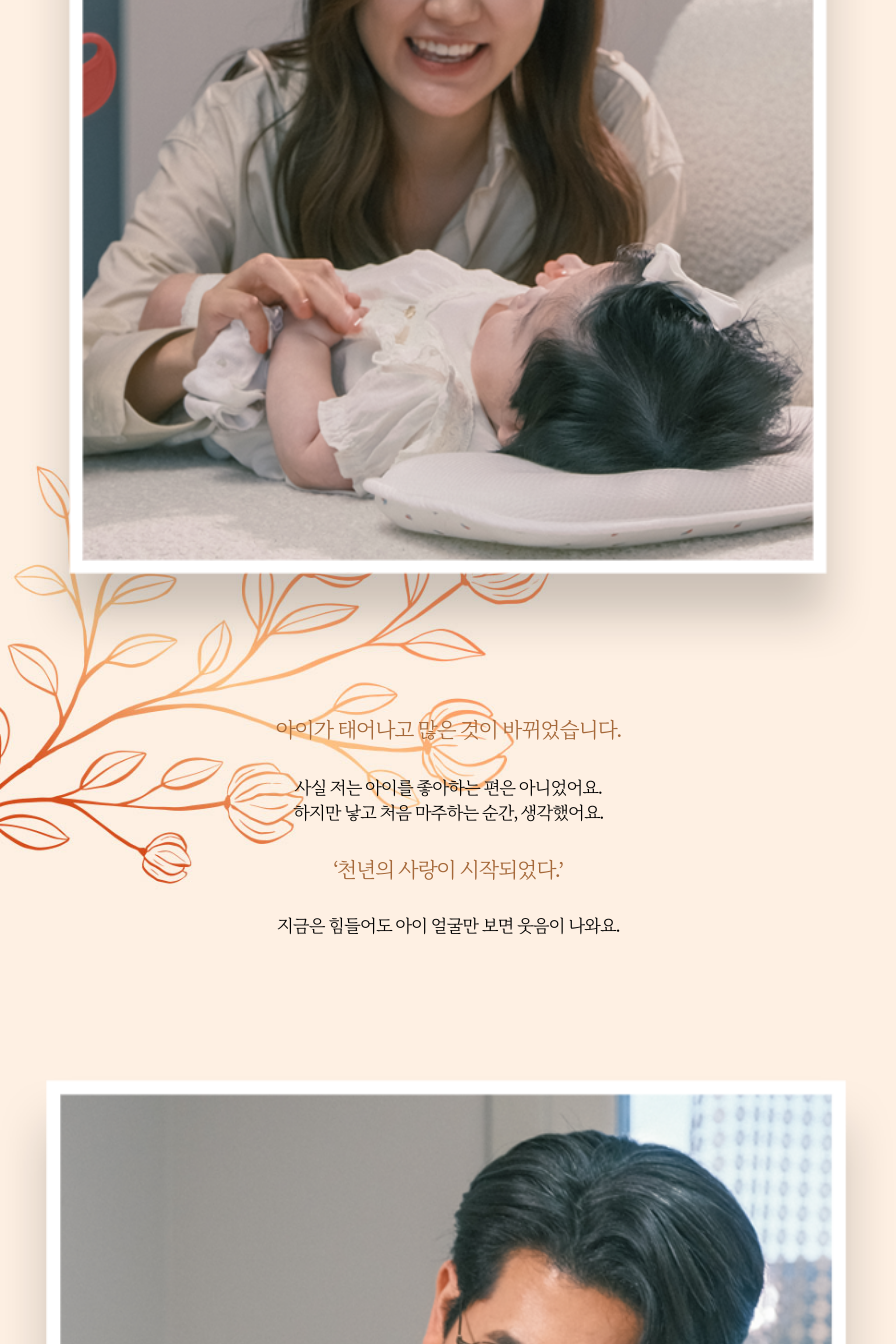
Repository: dlgywls1130/saveTheChildren_2024
Page: index.html
These files come from the project's save history. The page is drawn as it stood at one moment and after the next save; the edit follows.
The browser window is 1280 px wide. The pictures show the part of the page from y = 3417 to 5337 px (the page is 16469 px tall before and 16449 px after), at 70% of full size.
Some web fonts or font styles are not loaded; a fallback is used. The style sheet was rebuilt from its Sass, Less or Tailwind sources for each picture, by a compiler version that may differ from the author's.

Above is the page before, as saved 2024-11-03 21:16:33.

### index.html
<!DOCTYPE html>
<html lang="en">
<head>
    <meta charset="UTF-8">
    <meta name="viewport" content="width=device-width, initial-scale=1.0">
    <title>Document</title>

    <link rel="stylesheet" href="./css/common.css">
</head>
<body>

    <!-- main -->
    <section class="main_container">
        <div class="container">
            <div class="logo_title mb-40">
                <img src="./images/logo.png" alt="logo">
                <p>우리 아기 좋은 날 기부</p>
            </div>

            <p class="sub_title mb-40">
                의사 오진승, 아나운서 김도연 가족과 함께하는
            </p>

            <h2 class="mb-30">우리 아기<br>좋은 날 일기</h2>

            <p class="sub_span_text mb-40">
                여러분은 자녀의 소중한 순간을<br>
                어떻게 기념 하시나요?
            </p>

            <p class="sub_descript mb-60">
                보통 사진을 찍고 영상을 남기는<br> 분들이 많으실 거에요. <br>
                우리 아이의 소중한 날을<br> 특별하게 기념하는 방법을<br>
                소개해드릴게요
            </p>

            <a href="#" class="record_btn">
                <img src="/images/pencle.png" alt="pencle">
                <p>우리 아기 좋은 날 기록하기</p>
            </a>
        </div>
    </section>

    <!-- 스토리섹션 -->

    <section class="story_section">
        <div class="container pt-100">

            <!-- 영상 -->
            <div class="video_container mb-150 ">
                <video></video>
            </div>

            <div class="story_01 mb-70">
                <p class="s01 mb-60">
                    “유튜브 <닥터프렌즈>를 운영하는<br> 정신과 전문의 오진승,
                    <br>KBS 전 아나운서, 현 프리랜서 방송인 김도연입니다.
                </p>

                <p class="s01_1 mb-60">
                    세이브더칠드런과는 자립지원아동들과<br> 미혼모가정을 위해
                    <br>기부하며 인연을 이어오고 있습니다.
                </p>

                <p class="s01_2">
                    지난 4월, 첫 딸 수빈이가 저희에게 찾아와 주었어요.”
                </p>

                <img src="/images/s1_1.png" alt="story">
            </div>


            <div class="story_02 mb-150">
                <div class="story_02_01">
                    <div class="story_image">
                        <img src="/images/s2_1.png" alt="stroy">
                    </div>
                    <div class="story_text-contain py-50">
                        <p class="story_text_01 mb-50">
                            아이가 태어나고 많은 것이 바뀌었습니다.
                        </p>
                        <p class="story_text_02 mb-50">
                            사실 저는 아이를 좋아하는 편은 아니었어요.
                            <br>하지만 낳고 처음 마주하는 순간, 생각했어요.
                        </p>
                        <p class="story_text_03 mb-50">
                            ‘천년의 사랑이 시작되었다.’
                        </p>

                        <p class="story_text_04">
                            지금은 힘들어도 아이 얼굴만 보면 웃음이 나와요.
                        </p>
                    </div>


                </div>
            </div>

            <div class="story_03 mb-100">
                <div class="story_03_01">

                    <div class="story_image">
                        <img src="/images/s3_1.png" alt="stroy">
                    </div>

                    <div class="story_text-contain py-50">
                        <p class="story_text_01 mb-100">
                            내 자녀를 볼 때,
                            <br>의학적으로 마음에 드는
                            <br>이성을 보았을 때의
                            <br>10배에 달하는 도파민이 나온대요.
                        </p>
                        <p class="story_text_02 mb-60">
                            저는 현재에 안주하며 사는
                            <br>편이었는데, 딸이 태어난 후부터
                            <br>삶에 대해 더 고민하고.
                            <br>잘하려고 노력하고 있어요.
                        </p>
                        <p class="story_text_03">
                            아이가 삶의 원동력이 된 셈이죠.
                        </p>

                    </div>

                </div>
            </div>

            <div class="story_04">
                <div class="story04_01 mb-150">

                    <div class="story_image">
                        <img src="/images/s4_1.png" alt="stroy">
                    </div>

                    <div class="story_text-contain py-50">
                        <p class="story_text_01 mb-30">
                            요즘은 수빈이와 함께 놀이터 갈 날을
                            <br>손꼽아 기다리고 있어요.
                        </p>
                        <p class="story_text_02">
                            아직 말귀도 못 알아듣는 아이한테
                            <br>“너 언제 커서 아빠랑 놀이터 갈래?”
                            <br>묻고는 하죠.

                        </p>

                    </div>

                </div>

                <div class="story04_02 mb-150">

                    <div class="story_image">
                        <img src="/images/s4_2.png" alt="stroy">
                    </div>

                    <div class="story_text-contain pt-30">
                        <p class="story_text_01 mb-50">
                            아이를 정신없이 키우다 보니
                            <br>탄생의 순간이 희미해지고 있었어요.
                        </p>
                        <p class="story_text_02">
                            우리 아기 좋은 날 캠페인에
                            <br>참여해서 직접 기념일 이야기를 담은
                            <br>후원감사증서를 받아보니,
                            <br>그때 생각이 나서 너무 좋았어요.

                        </p>

                    </div>


                </div>
            </div>

            <div class="story_05">
                <div class="story_05_01 pt-120 pb-60 px-60 mb-150">
                    <div class="img_story">
                        <img src="/images/s5_1.png">
                    </div>
                    <div class="story_text">
                        “아이가 건강하게 발달단계를 해내는
                        <br>소중한 순간에 기부를 하면
                        <br>수빈이가 더 건강하고,행복하게
                        <br>자라게 되지 않을까요?
                        <br>
                        <br>소중한 순간마다 기부하고
                        <br>앨범처럼 남겨서 보여주면
                        <br>자랑스러운 부모가 될 것 같아요”
                    </div>
                </div>

                <div class="story_05_02 px-60 mb-150">

                    <div class="story_text">
                        “저는 칭찬 받거나 스스로에게 자부심을
                        <br>느낀 순간은 오래 기억된다고 생각해요.
                        <br>
                        <br>내 아이에게 ‘네가 첫 양치질을 잘 해낸
                        <br>기념으로  다른 친구를 도왔어.’ 라고
                        <br>말해준다면 그 뿌듯함을 밑거름으로
                        <br>자기 자신과 다른 사람 모두 사랑할 수 있는
                        <br>아이로 성장하지 않을까요?”
                    </div>

                    <div class="img_story">
                        <img src="/images/s5_2.png">
                    </div>

                </div>


                <div class="middle_cotain pb-100">
                    <p class="mb-70">첫 걸음마, 첫돌, 처음 엄마 아빠를 부른 날, 처음 비를 맞아본 날,
                    <br>처음 놀이터에 간 날, 그 소중한 순간을 기부로 기록해 보세요.</p>

                    <p class="mb-200">후원해주신 모든 분들께 직접 작성한 기념일 이야기가 담긴 <span>후원감사증서</span>를 드리며,
                    <br>30만원 이상 후원해 주신 분들께는 이름을 수놓은 <span>순면거즈블랭킷</span>을 증정하고 있습니다. </p>

                    <div class="middle_image mb-100">
                        <div class="middel_left">
                            <img src="/images/s6_1.png">
                        </div>
                        <div class="middel_right">
                            <img src="/images/s6_2.png">
                        </div>

                        <a href="#">
                            <img src="/images/floating.png" class="float_image">
                        </a>

                    </div>


                    <a href="#" class="record_btn">
                        <img src="/images/pencle.png" alt="pencle">
                        <p>우리 아기 좋은 날 기록하기</p>
                    </a>
                </div>



            </div>

        </div>


    </section>

    <!-- info -->

    <section class="sponsor_section">

        <div class="container py-150">

            <!-- 후원신청 -->
            <div class="sponsor-container pt-100 mb-150">
                <h2 class="mb-80">후원신청 과정</h2>

                <div class="sponsor_list  mb-80">
                    <div class="sponsor_list_inner">
                        <div class="list-inner-img">
                            <img src="/images/circle_1.png" alt="sponsor">
                        </div>
                        <p>후원신청하기</p>

                    </div>
                    <span class="arrow-img"><img src="/images/arrow.png"></span>
                    <div class="sponsor_list_inner">
                        <div class="list-inner-img">
                            <img src="/images/circle_2.png">
                        </div>
                        <p>후원감사증서<br>메시지 적기</p>

                    </div>
                    <span class="arrow-img"><img src="/images/arrow.png"></span>
                    <div class="sponsor_list_inner">
                        <div class="list-inner-img">
                            <img src="/images/circle_3.png">
                        </div>
                        <p>신청완료</p>

                    </div>
                    <span class="arrow-img"><img src="/images/arrow.png"></span>
                    <div class="sponsor_list_inner">
                        <div class="list-inner-img">
                            <img src="/images/circle_4.png">
                        </div>
                        <p>후원감사증서 발송<br>(1주일이내)</p>

                    </div>
                </div>

                <p class="info-span">30만원 이상 후원자 분들께는 순면거즈블랭킷 제작을 위한 문자가 별도 발송됩니다. (후원 2-3일 이내)</p>
            </div>


            <div class="sponsor-inner mb-150">
                <h2 class="mb-100">후원금, 이렇게 쓰여요!</h2>

                <p class="mb-100">
                    세이브더칠드런은 국내외 아동을 대상으로
                    <br>생계지원, 의료지원,  영유아용품지원, 재해재난 상황에서의
                    <br>긴급구호 등의 활동을 진행하고 있습니다.
                    <br>
                    <br>보내주신 후원금은 정치, 종교, 인종에 관계없이
                    <br>모든 아이들을 구해야 한다는  세이브더칠드런의 신념에 따라
                    <br>가장 도움 필요한 아이를 위해 우선 사용됩니다.

                </p>

                <img src="/images/baby.png">
            </div>

            <div class="faq_section">
                <div class="container">
                    <h2 class="mb-40">FAQ</h2>

                    <ul class="faq_list">
                        <li>
                            <div class="faq_question">
                                <img src="/images/leaves.png">
                                <p>30만원 이상 후원했습니다. 거즈 순면 블랭킷은 언제 오나요?</p>
                            </div>
                            <div class="faq_answer">
                                우리 아기 좋은 날 기부로 30만원 이상 후원자님들께는 담요에 수놓을 아기 이름과 선물 수령 주소
                                <br>확인을 위한 문자가 발송됩니다. 02-6900-4479로 발송되는 문자 속 설문조사에 답해주세요.
                                <br>확인을 완료하신 분들께는 블랭킷 제작을 담당하고 있는 조니 스튜디오에서 아기 이름 자수
                                <br>작업 완료 후 배송해 드립니다.

                            </div>
                        </li>
                        <li>
                            <div class="faq_question">
                                <img src="/images/leaves.png">
                                <p>순면 거즈 블랭킷, 안전한 제품인가요? </p>
                            </div>
                            <div class="faq_answer">
                                본 블랭킷은 워싱된 3중 거즈로 제작되었으며, KC안전검사를 완료하였습니다.
                                <br>소재 특성상 섬유 조각이 발생할 수 있어 망에 넣지 않고 3번 정도 물빨래 하시는 것을 권장합니다.

                            </div>
                        </li>
                        <li>
                            <div class="faq_question">
                                <img src="/images/leaves.png">
                                <p>순면 거즈 블랭킷을 받았는 데 하자가 있어요. 어떻게 해야 하나요? </p>
                            </div>
                            <div class="faq_answer">
                                물품에 동봉된 조니스튜디오 연락처로 연락 부탁드립니다. 하자 물품에 대한 교환은 수령일로부터
                                <br>7일 이내에 조니스튜디오에 연락해주셔야 하며, 이로 인한 후원금 환불은 어렵습니다.

                            </div>
                        </li>
                        <li>
                            <div class="faq_question">
                                <img src="/images/leaves.png">
                                <p>후원감사증서에 넣을 수 있는 사진 사이즈는 얼마인가요?</p>
                            </div>
                            <div class="faq_answer">
                                사진 인화 사이즈 5*7 인치에 맞추어서 제작되었습니다.  그보다 작은 사진일 경우,
                                <br>후원감사증서  내부의 주머니에 넣어 보관하실 수도  있습니다.

                            </div>
                        </li>
                    </ul>
                </div>
            </div>
        </div>

    </section>


</body>
</html>

Loaded but not shown: css/common.scss (992 lines, source omitted)

After the next save:
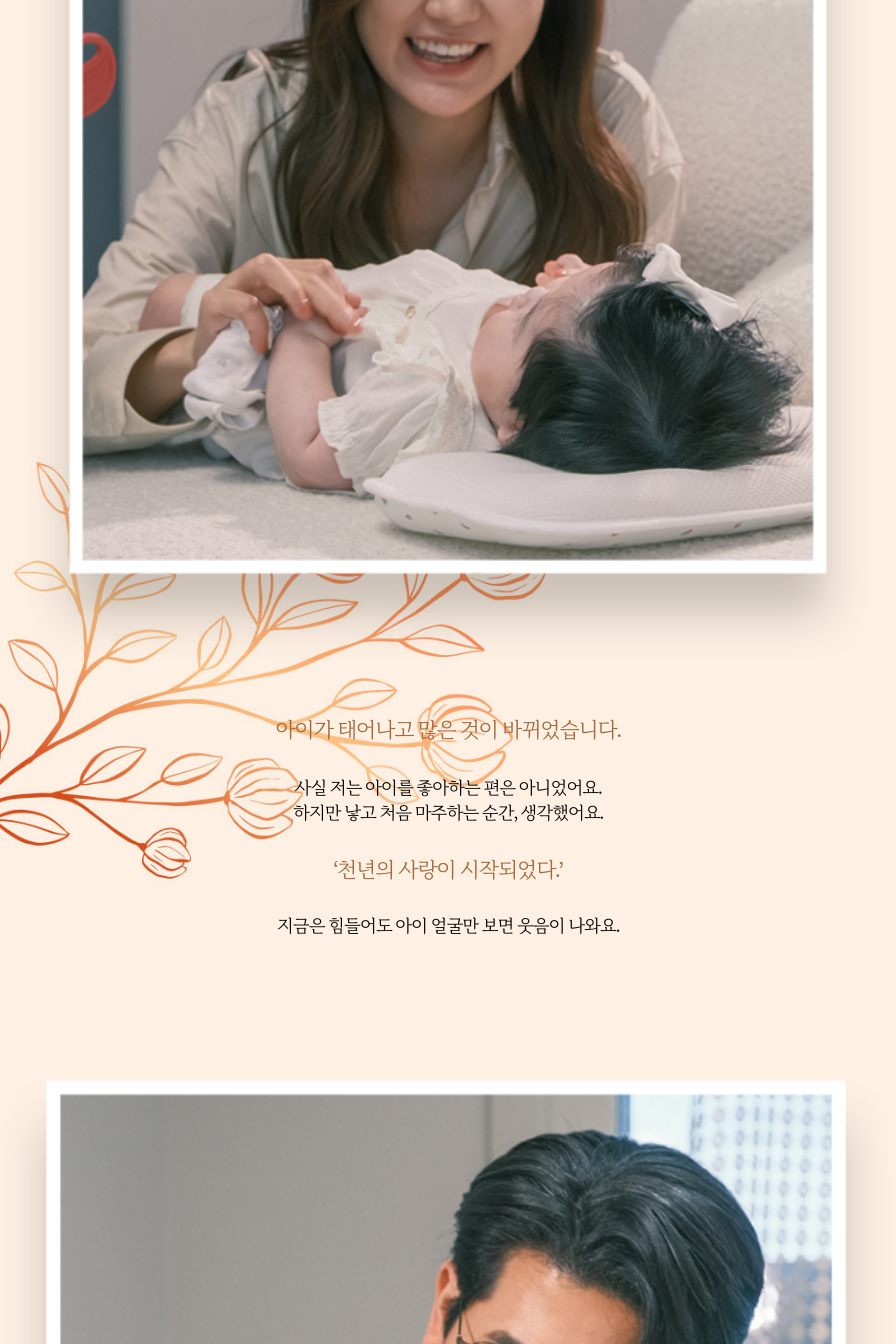
Saved 6 s later.
--- a/index.html
+++ b/index.html
@@ -155,7 +155,7 @@
                     </div>
 
                     <div class="story_text-contain pt-30">
-                        <p class="story_text_01 mb-50">
+                        <p class="story_text_01 mb-30">
                             아이를 정신없이 키우다 보니
                             <br>탄생의 순간이 희미해지고 있었어요.
                         </p>
